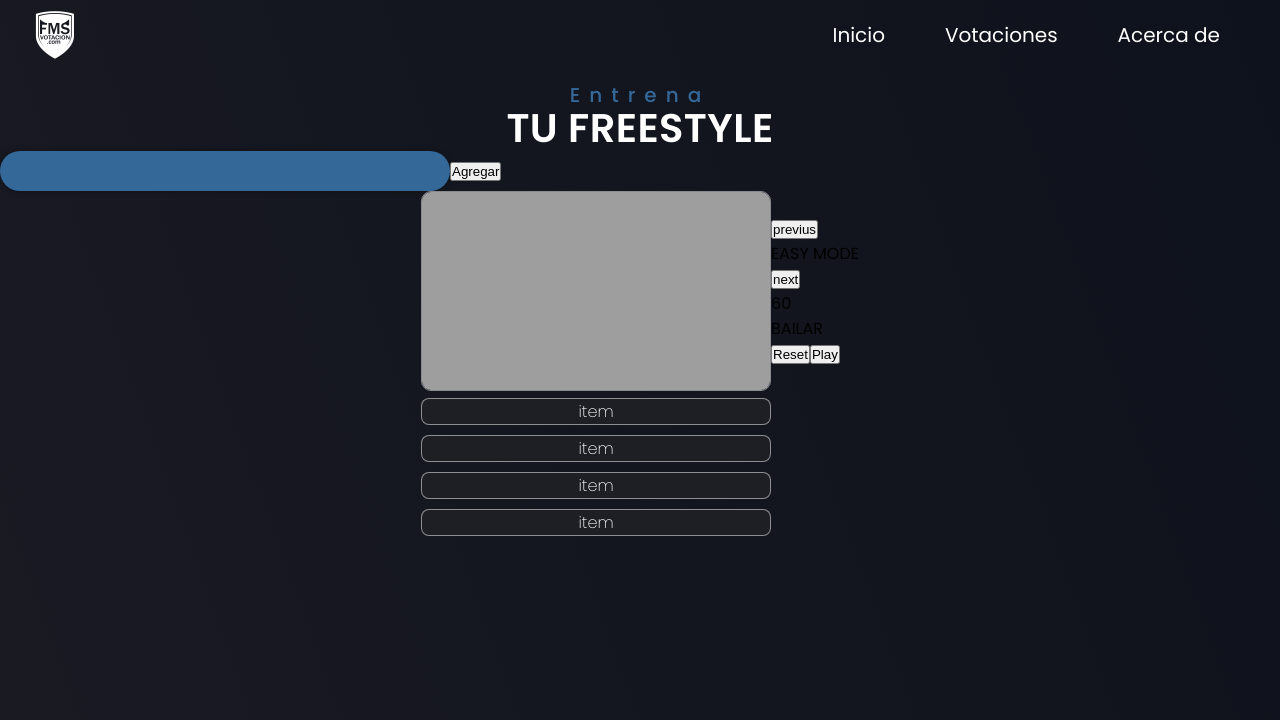
Repository: ezegonzalez912/fmsvotacion2
Page: /practice
An editor plug-in stored every save of this project. The page is shown before and after the next save, followed by the edit.
The browser window is 1280 px wide. The pictures show the whole page.
Pictures or frames that could not be fetched are drawn as grey boxes. The page's requests for data from a server got no answer. The project was rebuilt for these pictures with package versions that can differ from the ones it lists, and the page was loaded fresh each time. No one was signed in, and anything a server would have sent is missing. Also part of the build but not shown: src/components/screens/AboutScreen.js, src/components/Error.js, src/components/Apoya.js, src/components/screens/MainScreen.js, src/components/Contexts/CompContext.js, src/helpers/valueCheck.js, src/helpers/valueCheck2.js, src/hooks/useVote.js and 42 more.

Above is the page before, as saved 2021-08-15 00:54:33.

### public/index.html
<!DOCTYPE html>
<html lang="en">
  <head>
    <meta charset="utf-8" />
    <link rel="icon" href="%PUBLIC_URL%/favicon.ico" />
    <meta name="viewport" content="width=device-width, initial-scale=1" />
    <meta name="theme-color" content="#000000" />
    <meta
      name="description"
      content="Vota batallas con formato FMS desde un solo lugar, de manera sencilla, sin la necesesidad de descargar nada.
              COMO VOTAR FMS ARGENTINA CHILE PERU MEXICO COLOMBIA INTERNACIONAL ESPAÑA BNET DESCARGAR COMO VOTAR FMS ONLINE WOS FINAL FMS INTERNACIONAL RED BULL DECIMALES
              2021 2018 FORMATO FMS"
    />
    <link rel="apple-touch-icon" href="%PUBLIC_URL%/logo192.png" />
    <!--
      manifest.json provides metadata used when your web app is installed on a
      user's mobile device or desktop. See https://developers.google.com/web/fundamentals/web-app-manifest/
    -->
    <link rel="manifest" href="%PUBLIC_URL%/manifest.json" />
    <link rel="preconnect" href="https://fonts.googleapis.com">
    <link rel="preconnect" href="https://fonts.gstatic.com" crossorigin>
    <link rel="stylesheet" href="https://cdnjs.cloudflare.com/ajax/libs/animate.css/4.1.1/animate.min.css" />
    <link href="https://fonts.googleapis.com/css2?family=Poppins:wght@100;200;300;400;500;600&display=swap" rel="stylesheet">
    <title>FMS Votación</title>
    <script data-ad-client="ca-pub-5177858250142548" async src="https://pagead2.googlesyndication.com/pagead/js/adsbygoogle.js"></script>
  </head>
  <body>
    <noscript>You need to enable JavaScript to run this app.</noscript>
    <div id="root"></div>
    <!--
      This HTML file is a template.
      If you open it directly in the browser, you will see an empty page.

      You can add webfonts, meta tags, or analytics to this file.
      The build step will place the bundled scripts into the <body> tag.

      To begin the development, run `npm start` or `yarn start`.
      To create a production bundle, use `npm run build` or `yarn build`.
    -->
  </body>
</html>

### src/styles/app.scss
@forward "./settings/main";
@forward "./components/menu";
@forward "./components/mode";
@forward  "./components/subtitles-mode";
@forward "./components/modal";
@forward "./components/navbar";
@forward "./components/screens";
@forward "./components/videoAndVote";
@forward "./components/searchVideo";
@forward "./components/error";
@forward "./components/votedSaveds";
@forward "./components/about";
@forward "./components/apoya";
@forward "./components/practice";
@forward "./settings/settings";

### src/styles/settings/_main.scss
@use "../settings/colors" as c;

body, html{
    background: c.$gradient-primary;
    margin: 0;
    height: auto;
    width: auto;
    box-sizing: border-box;
    font-family: 'Poppins', sans-serif;
}

*{
    margin: 0;
    padding: 0;
    box-sizing: border-box;
}

*::-webkit-scrollbar {
    width: 8px;     /* Tamaño del scroll en vertical */
    height: 8px;    /* Tamaño del scroll en horizontal */
}

*::-webkit-scrollbar-thumb {
    background: rgba(43, 42, 42, 0.267);
    border-radius: 4px;
    box-shadow: 0px 0px 6px rgba(0, 0, 0, 0.315);
}

*::-webkit-scrollbar-track {
    background: c.$dark-primary;
    box-shadow: 0px 0px 6px rgba(0, 0, 0, 0.158);
}

*{
    scroll-behavior: smooth;
}

@media (max-width:280px){
    body, html{
        background: c.$dark-primary;
    }
}

### src/styles/settings/_colors.scss
$primary: #346899;
$secundary: #244463;
// $dark-primary: #1a1a1b;
// $dark-secundary: #242425;
$border: rgba(255, 255, 255, 0.5);
//$gradient-primary: linear-gradient(250.3deg, rgb(24, 24, 24), #242425);
$gradient-primary: linear-gradient(250.3deg, #0E121C, #191A22);
$dark-primary: #16181f;
$dark-secundary: #1d1f25;

### src/styles/components/_menu.scss
@use "../settings/colors" as c;
@use "../settings/mixins" as m;

.menu__main{
    @include m.center(column);
    height: auto;
    min-height: 160px;
    color: white;
    z-index: 800;
    p{
        font-size: 12px;
    }
}

.menu__container{
    @include m.center(row);
    background: c.$dark-primary;
    border-radius: 7px;
    height: 160px;
    width: 735px;
    overflow: hidden;
    justify-content: space-between;
    border: 1px solid c.$border;
    z-index: 500;
}

.menu__mode{
    @include m.center(column);
    box-sizing: border-box;
    padding: 4px 7px;
    height: 100%;
    width: 100%;
    justify-content: space-between;
    box-sizing: border-box;
}

.menu__title{
    @include m.center(row);
    width: 100%;
    justify-content: space-between;
    height: 20px;
    p{
        font-size: 14px;
        font-weight: 400;
        margin: 0;
    }
    svg{
        font-size: 14px;
        cursor: pointer;
        &:hover{
            color:c.$primary;
        }
    }
}

.menu__vote{
    @include m.center(column);
    justify-content: center;
    gap: 5px;
    width: 100%;
    height: 100%;
}

.menu__sangre{
    padding: 0 0;
}

.menu__move{
    height: 100%;
    width: 30px;
    display: flex;
    justify-content: center;
    align-items: center;
    cursor: pointer;
    &:hover{
        background: c.$dark-secundary;
    }
}

.menu__show{
    @include m.center(column);
    height: 20px;
    width: 10%;
    text-align: center;
    cursor: pointer;
    transition: .2s;
    border-radius: 7px;
    &:hover{
        background: c.$dark-secundary;
    }
}

.menu__buttons{
    margin-top: 5px;
    z-index: 100;
    width: 735px;
    height: 30px;
    @include m.center(row);
    button{
        @include m.inputNormal;
        @include m.center(row);
        background: c.$dark-primary;
        color: white;
        border: 1px solid c.$border;
        margin: 0px 3px;
        height: 30px;
        padding: 0 10px;
        width: auto;
        &:hover{
            background: c.$dark-secundary;
        }
    }
    .menu__button-short{
        width: 35px;
    }
}

.menu__mode-resposive{
    opacity: 0;
}

.menu__title-icons{
    @include m.center(row);
    flex-direction: row-reverse;
}

.menu__title-icon-question{
    cursor: pointer;
    &:hover{
        color: c.$primary;
    }
}

.menu__title-icon-window{
    margin-left: 10px;
}

.menu__title-question{
    display: none;
    padding: 5px;
    position: relative;
    top: 30px;
    margin-right: 5px;
    background: c.$dark-secundary;
    border: 1px solid c.$border;
    border-radius: 10px 0 10px 10px;
    box-shadow: 0px 0px 6px rgba(0, 0, 0, 0.315);
    p{
        font-size: 12px;
        font-weight: 200;
        color: white;
    }
}

.menu__title-icon-question:hover ~ .menu__title-question{
    display: flex;
}

@media (max-width: 739px){
    .menu__title{

        svg{
            display: none;
        }
    }
    .menu__container{
        height: 145px;
    }
    .menu__buttons{

        width: 100%;
        button{
            width: 100%;
        }
    }
    .menu__show{
        display: none;
    }
    .menu__vote{
        justify-content: center;
        gap: 5px;
    }
}

### src/styles/settings/_mixins.scss
@use "../settings/colors" as c;

@mixin center($direction) {
    align-items: center;
    display: flex;
    flex-direction: $direction;
    justify-content: center;
}

@mixin input {
    border-style: none;
    outline: none;
    color: white;
    border-radius: 8px;
    font-size: 18px;
    font-weight: 600;
    text-align: center;
    width: 27px;
    height: 27px;
}

@mixin inputNormal {
    border-style: none;
    outline: none;
    cursor: pointer;
    border-radius: 8px;
    font-size: 14px;
    transition: .2s;
}

### src/styles/components/_mode.scss
@use "../settings/colors" as c;
@use "../settings/mixins" as m;

.mode__main{
    display: flex;
    justify-content: space-evenly;
    align-items: center;
    width: 100%;
    height: auto;
    box-sizing: border-box;
    p{
        width: 12%;
        margin: 0;
    }
}

.mode__name{
    @include m.inputNormal;
    cursor: text;
    padding: 3px 0;
    text-align: center;
    background-color: c.$dark-secundary;
    border: 1px solid c.$border;
    color: white;
    width: 17%;
    margin: 0;
    &:focus{
        border: 1px solid c.$primary;
    }
}

.mode__input{
    @include m.input;
    margin: 0 3px;
    background-color: c.$dark-secundary;
}

.mode__input2{
    @include m.input;
    margin: 0 3px 0 10px;
    background-color: c.$dark-secundary;
}

.mode__inputRes{
    @include m.center(column);
}

.mode__checkbox{
    height: 15px;
    margin: 3px 0 0 0;
    color: red;
}

.mode__total{
    @include m.input;
    background-color: c.$dark-secundary;
    color: white;
    margin-left: 10px;
    font-size: 13px;
    width: 35px;
}

.mode__res{
    @include m.center(row)
}

.mode__resultado{
    @include m.center(row);
    justify-content: space-evenly;
    width: 100%;
    p{
        margin: 0 0 5px 0;
    }
    div {
        @include m.center(column);
    }
}

.mode__resultado-subtitle{
    margin: 0;
    color: c.$primary;
    font-weight: 600;
    letter-spacing: .45px;
}

### src/styles/components/_subtitles-mode.scss
@mixin default($padding) {
    display:flex;
    justify-content: flex-end;
    width: 100%;
    text-align: right;
    padding-right: $padding;
    p{
        font-size: 10px;
        font-weight: 300;
        margin-top: 0;
        margin-bottom: 0;
    }
}

.subtitle_4{
    margin-left: 7px;
}
.subtitle_3{
    margin-left: 5px;
}
.subtitle_2{
    margin-left: 4px;
}

.menu__easy-subtitle{
    @include default(72px);
}

.menu__hard-subtitle{
    @include default(83px);
}

.menu__tematica-subtitle{
    @include default(104px);
}

.menu__random-subtitle{
    @include default(60px);
}

.menu__sangre-subtitle{
    @include default(82px);
}

.menu__deluxe-subtitle{
    @include default(22px);
}

### src/styles/components/_modal.scss
@use "../settings/colors" as c;
@use "../settings/mixins" as m;

.modal__main{
    display: none;
    top: 0;
    left: 0;
    position: fixed;
    height: 100%;
    width: 100%;
    background-color: rgba(16, 16, 22, 0.664);
    z-index: 999;
    text-align: center
}

.modal__main-open{
    @include m.center(column);
}

.modal__container{
    @include m.center(column);
    background-color: c.$dark-primary;
    border: 1px solid c.$border;
    border-radius: 8px;
    color: white;
    padding: 20px;
    width: 300px;
    p{
        margin: 0 10px 20px 10px;
    }
    label{
        font-size: 13px;
        display: flex;
        width: 100%;
        padding-left: 10px;
    }
}

@mixin button{
    @include m.inputNormal;
    padding: 8px;
    color: white;
    border: 1px solid c.$border;
    margin: 0 5px;
    background-color: c.$dark-secundary;
}

.modal__button{
    @include button;
    &:hover{
        background-color: c.$primary;
    }
}

.modal__input{
    @include m.inputNormal;
    border: 1px solid c.$border;
    background-color: c.$dark-primary;
    padding: 10px;
    color: white;
    width: 100%;
    margin-bottom: 10px;
    box-sizing: border-box;
    cursor: text;
    &:focus{
        border: 1px solid c.$primary;
    }
}

@media (max-width:300px){
    .modal__container{
        width: 95%;
    }
}

### src/styles/components/_navbar.scss
@use "../settings/colors" as c;
@use "../settings/mixins" as m;

.navBar__cotainer{
    @include m.center(row);
    position: absolute;
    top: 0;
    justify-content: space-between;
    box-sizing: border-box;
    padding: 10px 30px;
    height: 70px;
    width: 100%;
    min-width: 280px;
    box-sizing: border-box;
    z-index: 800;
    a{
        height: 100%;
        z-index: 900;
        img{
            z-index: 900;
            height: 100%;
        }
    }
    .navBar__text{
        a{
            font-size: 20px;
            text-decoration: none;
            color: white;
            padding: 5px 30px;
            transition: .2s;
            &:hover{
                color: c.$primary;
            }
        }
    }
}

.navBar__menu{
    display: none;
    justify-content: center;
    align-items: center;
    z-index: 500;
    height: 50px;
    width: 50px;
    border-radius: 50px;
    transition: .2s;
    &:hover{
      background: c.$primary;
    }
    svg{
        font-size: 35px;
        color: white;
        cursor: pointer;
    }
}

.navBar__menu-list{
    display: none;
    z-index: 400;
    background: c.$dark-secundary;
    box-shadow: 0px 0px 6px rgba(0, 0, 0, 0.315);
    position: absolute;
    top: 0;
    right: 0;
    flex-direction: column;
    box-sizing: border-box;
    width: 100%;
    justify-content: flex-start;
    align-items: center;
    padding-top: 70px;
    a{
        width: 100%;
        text-align: center;
        text-decoration: none;
        color: white;
        padding: 15px 0;
        border-bottom: 1px solid c.$dark-primary;
        transition: .2s;
        &:hover{
            background: c.$dark-primary;
        }
    }
}

@media (max-width:900px){
    .navBar__menu{
        display: flex;
    }
    .navBar__menu-list{
        display: flex;
    }
    .navBar__text{
        display: none;
    }
    .navBar__cotainer{
        padding: 10px 20px;
    }
}
@media (max-width:700px){
    .navBar__cotainer{
        padding: 10px 15px;
    }
}
@media (max-width:600px){
    .navBar__cotainer{
        padding: 10px 10px;
    }
}
@media (max-width:500px){
    .navBar__cotainer{
        padding: 10px 5px;
    }
}

### src/styles/components/_screens.scss
@use "../settings/colors" as c;
@use "../settings/mixins" as m;

.screen__main{
    box-sizing: border-box;
    min-height: 600px;
    min-width: 280px;
    height: 100vh;
    width: 100%;
}

.screen__vote{
    margin-top: 70px;
    width: 100%;
    display: flex;
    justify-content:center;
    align-items: center;
    height: 100vh;
    min-height: 400px;
    min-width: 280px;
}

.vote-window__screen{
    @include m.center(column);
    height: 100vh;
    width: 100%;
}

.about__screen{
    position: relative;
    width: 100%;
    min-height: 100vh;
    height: auto;
    min-width: 280px;
}

.vote-saved__screen{
    min-width: 280px;
    height: auto;
    width: 100%;
    padding-top: 100px;
    padding-bottom: 130px;
    box-sizing: border-box;
    min-height: 100vh;
    @include m.center(column);
    justify-content: flex-start;
    gap: 50px;
    position: relative;
}

.screen__practice{
    padding-top: 80px;
    height: 100vh;
    width: 100%;
}

### src/styles/components/_videoAndVote.scss
@use "../settings/colors" as c;
@use "../settings/mixins" as m;

.videoAndVote__main{
    width: 100%;
    height: 100vh;
    display: flex;
    flex-direction: column;
    justify-content: center;
    align-items: center;
    gap: 5px;
    padding: 5px;
}

.video-player{
    width: 100%;
    height: 100%;
    iframe{
        border-radius: 8px;
    }
}

@media (max-width: 738px){
    .videoAndVote__main{
        padding: 0;
    }
    .video-player{
        iframe{
            border-radius: 0;
        }
    }
    .vote-app__scroll{
        box-sizing: border-box;
        width: 100%;
        overflow-x: scroll;
        overflow-y: hidden;
        min-height: 195px;
        display: flex;
        align-items: flex-start;
        padding: 0 5px;
    }
}

### src/styles/components/_searchVideo.scss
@use "../settings/colors" as c;
@use "../settings/mixins" as m;

.searchVideo__main{
    position: relative;
    @include m.center(column);
    height: 100%;
}

.searchVideo__title{
    @include m.center(column);
    color: white;
    p{
        color: c.$primary;
        font-size: 20px;
        letter-spacing: 0.45em;
    }
    h2{
        letter-spacing: 0.010em;
        font-size: 40px;
        font-weight: 600;
        text-align: center;
        line-height: 110%;
        margin-bottom: 10px;
    }
}

.searchVideo__form{
    display: none;
    border-radius: 20px;
    z-index: 200;
    @include m.center(row);
    box-shadow: 0px 0px 6px rgba(0, 0, 0, 0.315);
    input{
        @include m.inputNormal;
        border-radius: 20px 0 0 20px;
        width: 450px;
        padding: 0 10px;
        height: 40px;
        color: c.$dark-secundary;
        cursor: text;
        background: c.$primary;
        &::placeholder{
            letter-spacing: 0.6px;
            color: c.$dark-secundary;
            font-size: 15px;
        }
    }
    button{
        @include m.inputNormal;
        @include m.center(row);
        background: c.$primary;
        border-left: 1px solid c.$dark-secundary;
        border-radius: 0 20px 20px 0;
        padding: 0 15px;
        height: 40px;
        color: c.$dark-secundary;
        &:hover{
            background: c.$secundary;
        }
    }
}

.searchVideo____ventana{
    @include m.center(row);
    cursor: pointer;
    color: c.$secundary;
    transition: .2s;
    p{
        margin-top: 5px;
        text-decoration: underline;
        font-size: 13px;
    }
    svg{
        font-size: 8px;
        margin-left: 2px;
    }
    &:hover{
        color: c.$primary;
    }
}

.curve{
    position: absolute;
    bottom: 0;
    z-index: 100;
    width: 100%;
    svg{
        path{
            fill: c.$primary;
        }
    }
}

@media (max-width:800px){
    .searchVideo__title{
        h2{
            font-size: 32px;
            line-height: 45px;
        }
        p{
            font-size: 17px;
        }
    }
    .searchVideo____ventana{
        display: none;
    }
}

@media (max-width:600px){
    .searchVideo__main{
        padding:0 30px;
    }
    .searchVideo__form{
        width: 100%;
        input{
            width: 100%;
        }
    }
}

@media (max-width:500px){
    .searchVideo__title{
        h2{
            font-size: 25px;
            line-height: 120%;
            margin-bottom: 5px;
        }
        p{
            font-size: 15px;
        }
    }
}
@media (max-width:400px){
    .searchVideo__title{
        h2{
            font-size: 20px;
            margin-bottom: 5px;
        }
        p{
            font-size: 13px;
        }
    }
    .searchVideo__main{
        padding: 0 15px;
    }
}
@media (max-width:300px){
    .searchVideo__main{
        padding:0 5px;
    }
    .searchVideo__title{
        h2{
            font-size: 17px;
            margin: 3px 0 15px 0;
        }
        p{
            font-size: 11px;
        }
    }
}

### src/styles/components/_error.scss
@use "../settings/colors" as c;
@use "../settings/mixins" as m;

.searchVideo__ventana{
    @include m.center(row);
    width: 100%;
}

.error__container{
    z-index: 900;
    @include m.center(row);
    position: absolute;
    width: 390px;
    padding: 5px 10px 10px 10px;
    top: 5vh;
    background: white;
    border-radius: 20px;
    box-shadow: 3px 3px 6px rgba(0, 0, 0, 0.315);
    svg{
        color: rgb(214, 97, 76);
        font-size: 60px;
        margin-right: 10px;
    }
    h2{
        color: c.$primary;
        font-size: 20px;
    }
    p{
        font-size: 14px;
    }
}

@media (max-width:800px){
    .error__container{
        width: 340px;
        padding: 5px 8px 8px 8px;
        svg{
            font-size: 60px;
            margin-right: 10px;
        }
        h2{
            font-size: 16px;
        }
        p{
            font-size: 12px;
        }
    }
}

@media (max-width:390px){
    .error__container{
        width: 90%;
        svg{
            font-size: 50px;
            margin-right: 5px;
        }
        h2{
            font-size: 14px;
        }
        p{
            font-size: 11.5px;
        }
    }
}

### src/styles/components/_about.scss
@use "../settings/colors" as c;
@use "../settings/mixins" as m;

.about__main{
    @include m.center(column);
    align-items: flex-start;
    width: 100%;
    height: 100%;
    padding: 100px;
    padding-bottom: 150px;
    box-sizing: border-box;
    h1{
        color: white;
    }
}

.about__title{
    margin-bottom: 10px;
    h2{
        letter-spacing: 0.010em;
        font-size: 40px;
        font-weight: 600;
        text-align: center;
        line-height: 90%;
        color: white;
    }
    p{
        color: c.$primary;
        font-size: 20px;
        letter-spacing: 0.45em;
        font-weight: 500;
    }
}

.about__info{
    color: white;
    margin-bottom: 20px;
    max-width: 800px;
    h1{
        font-size: 18px;
        font-weight: 500;
    }
    p{
        font-size: 14px;
        font-weight: 300;
        a{
            color: c.$primary;
            &hover{
                color: c.$secundary;
            }
        }
    }
}

@media (max-width:700px){
    .about__main{
        padding-right: 40px;
        padding-left: 40px;
    }
    .about__title{
        h2{
            font-size: 30px;
        }
        p{
            font-size: 17px;
        }
    }
    .about__info{
        h1{
            font-size: 15px;
        }
        p{
            font-size: 13px;
        }
    }
}

@media (max-width:500px){
    .about__main{
        padding-right: 15px;
        padding-left: 15px;
    }
    .about__title{
        h2{
            font-size: 28px;
        }
        p{
            font-size: 15px;
        }
    }
    .about__info{
        h1{
            font-size: 13px;
        }
        p{
            font-size: 11px;
        }
    }
}
@media (max-width:400px){
    .about__main{
        padding-right: 10px;
        padding-left: 10px;
    }
    .about__title{
        h2{
            font-size: 24px;
        }
    }
}

### src/styles/components/_apoya.scss
@use "../settings/colors" as c;
@use "../settings/mixins" as m;

.apoya__main{
    position: absolute;
    background-color: c.$dark-secundary;
    border: 1px solid c.$border;
    border-radius: 8px;
    width: 285px;
    padding: 5px;
    bottom: 10px;
    right: 10px;
    box-shadow: 1px 1px 6px rgba(0, 0, 0, 0.315);
    h1{
        font-size: 14px;
        font-weight: 500;
        color: c.$primary;
    }
    p{
        font-size: 13px;
        padding-right: 10px;
        font-weight: 300;
        color: c.$dark-primary;
        color: white;
        span{
            color: c.$primary;
            text-decoration: underline;
            cursor: pointer;
            &:hover{
                color: c.$secundary;
            }
        }
    }
    z-index: 900;
}

.apoya__title{
    @include m.center(row);
    justify-content: space-between;
    svg{
        cursor: pointer;
        color: white;
        font-size: 15px;
    }
}

### src/styles/components/_practice.scss
@use "../settings/colors" as c;
@use "../settings/mixins" as m;

.practice__main{
    @include m.center(row);
    flex-wrap: wrap;
}

.practice__select-video{
    width: 350px;
    height: 200px;
    iframe{
        width: 100%;
        height: 100%;
        border-radius: 10px;
        border: 1px solid c.$border;
    }
}

.practice__video-list{
    @include m.center(row);
    flex-wrap: wrap;
    gap: 10px;
    justify-content: space-between;
}

.video-list-item{
    background: c.$dark-secundary;
    border: 1px solid c.$border;
    border-radius: 8px;
    width: 100%;
    color: white;
    text-align: center;
    font-weight: 200;
}

### src/styles/settings/_settings.scss
@use "../settings/colors" as c;
@use "../settings/mixins" as m;

.opacity-0{
    opacity: 0;
}

.dsp-none{
    display: none;
}

.pd-0{
    padding: 0;
}

.cursor-p{
    cursor: pointer;
}

.color-primary{
    color: c.$primary;
}

.f-w800{
    font-weight: 800;
}

.title-ppl{
    letter-spacing: 0.010em;
    font-size: 40px;
    font-weight: 600;
    text-align: center;
    line-height: 90%;
    color: white;
}

.title-scy{
    text-align: center;
    color: c.$primary;
    font-size: 20px;
    letter-spacing: 0.45em;
    font-weight: 500;
}

.input-search{
    @include m.inputNormal;
    border-radius: 20px;
    width: 450px;
    padding: 0 10px;
    height: 40px;
    color: c.$dark-primary;
    cursor: text;
    background: c.$primary;
    box-shadow: 0px 0px 6px rgba(0, 0, 0, 0.315);
    margin-top: 5px;
    &::placeholder{
        letter-spacing: 0.6px;
        color: c.$dark-primary;
    }
}

@media (max-width:800px){
    .title-ppl{
        font-size: 30px
    }
    .title-scy{
        font-size: 15px;
    }
}

Loaded but not shown: src/components/screens/PracticeScreen.js (40 lines, source omitted); src/routers/AppRouter.js (33 lines, source omitted); src/components/NavBar.js (35 lines, source omitted); src/index.js (24 lines, source omitted); src/components/Contexts/StartContext.js (22 lines, source omitted); src/App.js (8 lines, source omitted); src/styles/components/_votedSaveds.scss (245 lines, source omitted)

After the next save:
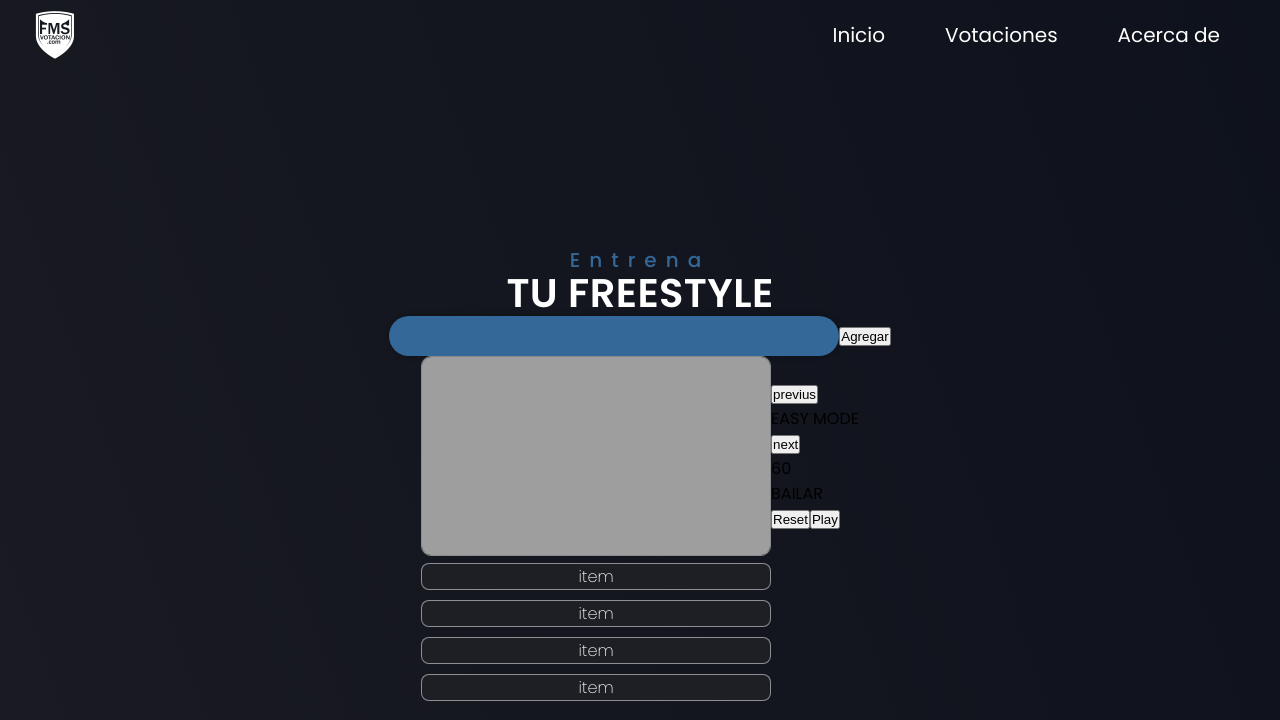
Saved 23 s later.
--- a/src/styles/components/_screens.scss
+++ b/src/styles/components/_screens.scss
@@ -49,6 +49,7 @@
 }
 
 .screen__practice{
+    @include m.center(column);
     padding-top: 80px;
     height: 100vh;
     width: 100%;
